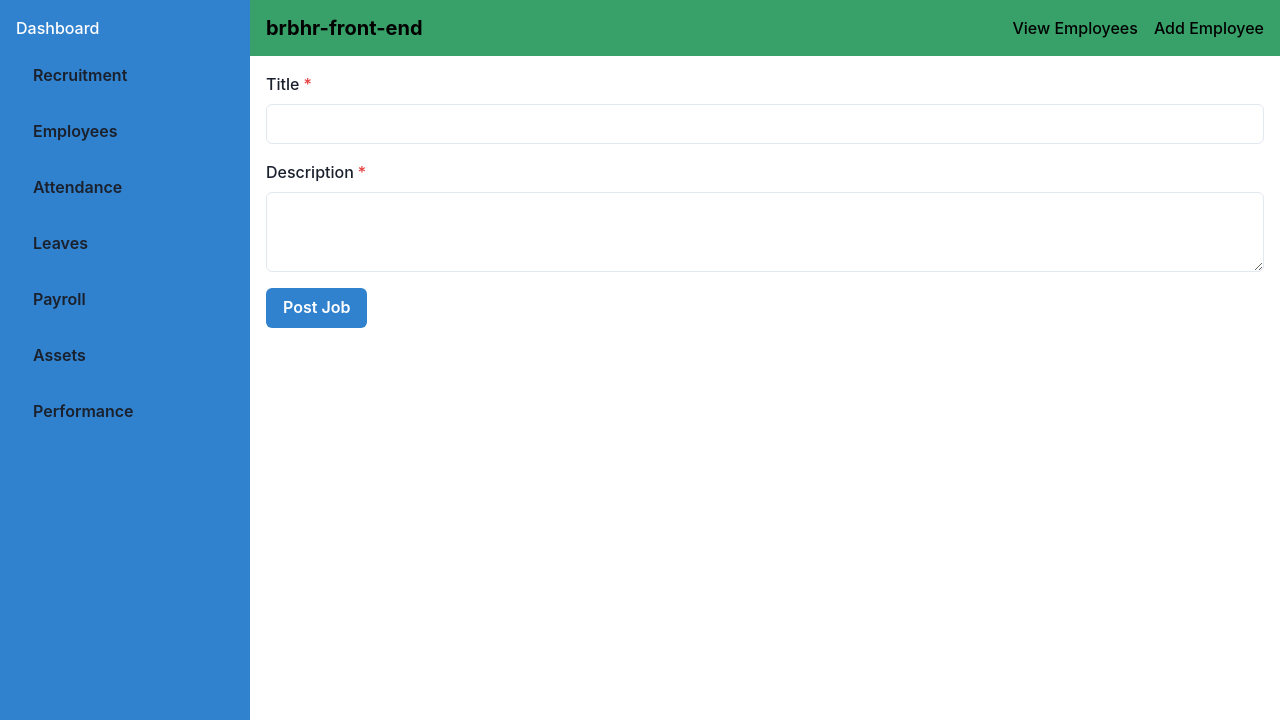
Repository: apipulse/brbhr-frontend
Page: /job-posting
These files come from the project's save history. The page is drawn as it stood at one moment and after the next save; the edit follows.
The browser window is 1280 px wide. The pictures show the whole page.
The project was rebuilt for these pictures with package versions that can differ from the ones it lists, and the page was loaded fresh each time. Also part of the build but not shown: vite.config.js, src/components/pages/Home.jsx, src/services/EmployeeService.js, src/components/employee/EmployeeList.jsx, src/components/employee/AddEmployee.jsx, src/services/LeaveService.js, src/components/employee/LeaveList.jsx, src/components/employee/LeaveForm.jsx and 3 more.

Above is the page before, as saved 2024-01-19 21:21:05.

### src/App.jsx
import React from 'react';
import { ChakraProvider, Flex } from '@chakra-ui/react';
import { BrowserRouter as Router, Route, Routes } from 'react-router-dom';
import NavBar from './components/layout/NavBar';
import SideBar from './components/layout/SideBar';
import Home from './components/pages/Home';
import EmployeeList from './components/employee/EmployeeList';
import AddEmployee from './components/employee/AddEmployee';
import LeaveList from './components/employee/LeaveList';
import LeaveForm from './components/employee/LeaveForm';
import InterviewScheduler from './components/candidates/InterviewScheduler';
import OfferManagement from './components/candidates/OfferManagement';
import JobPostingForm from './components/candidates/JobPostingForm';
import JobApplicationsList from './components/candidates/JobApplicationsList';


const App = () => {
  return (
    <ChakraProvider>
      <Router>
        <Flex>
          <SideBar />
          <Flex flexDirection="column" width="calc(100vw - 250px)"> {/* Adjust the width */}
            <NavBar />
            <Routes>
              <Route exact path="/" element={<Home />} />
              <Route path="/employees" element={<EmployeeList />} />
              <Route path="/add-employee" element={<AddEmployee />} />
              <Route path="/leaves" element={<LeaveList />} />
              <Route path="/add-leave" element={<LeaveForm />} />
              <Route path="/schedule-interview" element={<InterviewScheduler />} />
              <Route path="/manage-offers" element={<OfferManagement />} />
              <Route path="/job-posting" element={<JobPostingForm />} />
              <Route path="/job-application-list" element={<JobApplicationsList />} />
              {/* Add more routes as needed */}
            </Routes>
          </Flex>
        </Flex>
      </Router>
    </ChakraProvider>
  );
};

export default App;

### src/components/layout/NavBar.jsx
import { Box, Flex, Link, Heading, Spacer, useMediaQuery } from '@chakra-ui/react';
import { Link as RouterLink } from 'react-router-dom';

const NavBar = () => {
  const [isLargerThan768] = useMediaQuery('(min-width: 768px)');

  return (
    <Flex
    bg="green.500"
    p="4"
    color="black"
    width="full" // Adjust to take full width of the parent container
    direction={isLargerThan768 ? 'row' : 'column'}
    align="center"
    justify={isLargerThan768 ? "space-between" : "center"}
  >
      <Box>
        <Heading size="md">brbhr-front-end</Heading>
      </Box>
      <Spacer />
      <Box mt={!isLargerThan768 ? 4 : 0}>
        <Link as={RouterLink} to="/employees" mx="4">View Employees</Link>
        <Link as={RouterLink} to="/add-employee">Add Employee</Link>
        {/* Add more links as needed */}
      </Box>
    </Flex>
  );
};

export default NavBar;

### src/components/layout/SideBar.jsx
import React, { useState } from 'react';
import { Box, Link, VStack, Collapse, Button, useDisclosure } from '@chakra-ui/react';
import { Link as RouterLink } from 'react-router-dom';

const SidebarLinkGroup = ({ title, children }) => {
  const { isOpen, onToggle } = useDisclosure();
  return (
    <Box>
      <Button variant="ghost" onClick={onToggle} width="100%" justifyContent="flex-start">
        {title}
      </Button>
      <Collapse in={isOpen} animateOpacity>
        <VStack spacing={2} align="stretch" pl={4}>
          {children}
        </VStack>
      </Collapse>
    </Box>
  );
};

const Sidebar = () => {
  return (
    <Box bg="blue.500" h="100vh" w="250px" color="white" p="4">
      <VStack spacing={4} align="stretch">
        {/* Dashboard */}
        <Link as={RouterLink} to="/dashboard">Dashboard</Link>

        <SidebarLinkGroup title="Recruitment">
          <Link as={RouterLink} to="/job-posting">Post Job</Link>
          <Link as={RouterLink} to="/job-application-list">Job Applications</Link>
          <Link as={RouterLink} to="/schedule-interview">Schedule Interview</Link>
          <Link as={RouterLink} to="/manage-offers">Manage Offers</Link>
          {/* Additional Recruitment-related links */}
        </SidebarLinkGroup>

        {/* Employees */}
        <SidebarLinkGroup title="Employees">
          <Link as={RouterLink} to="/employees/list">Employee List</Link>
          <Link as={RouterLink} to="/employees/add">Add Employee</Link>
          {/* Additional Employee-related links */}
        </SidebarLinkGroup>

        {/* Attendance */}
        <SidebarLinkGroup title="Attendance">
          <Link as={RouterLink} to="/attendance/records">Attendance Records</Link>
          <Link as={RouterLink} to="/attendance/report">Attendance Report</Link>
          {/* Additional Attendance-related links */}
        </SidebarLinkGroup>

        {/* Leaves */}
        <SidebarLinkGroup title="Leaves">
          <Link as={RouterLink} to="/leaves/apply">Apply for Leave</Link>
          <Link as={RouterLink} to="/leaves/status">Leave Status</Link>
          {/* Additional Leaves-related links */}
        </SidebarLinkGroup>

        {/* Payroll */}
        <SidebarLinkGroup title="Payroll">
          <Link as={RouterLink} to="/payroll/salary">Salary Details</Link>
          <Link as={RouterLink} to="/payroll/statements">Payroll Statements</Link>
          {/* Additional Payroll-related links */}
        </SidebarLinkGroup>

        {/* Assets */}
        <SidebarLinkGroup title="Assets">
          <Link as={RouterLink} to="/assets/manage">Manage Assets</Link>
          <Link as={RouterLink} to="/assets/assign">Assign Assets</Link>
          {/* Additional Asset-related links */}
        </SidebarLinkGroup>

        {/* Performance (PMS) */}
        <SidebarLinkGroup title="Performance">
          <Link as={RouterLink} to="/performance/reviews">Performance Reviews</Link>
          <Link as={RouterLink} to="/performance/goals">Set Goals</Link>
          {/* Additional Performance-related links */}
        </SidebarLinkGroup>

        {/* Additional main categories as needed */}
      </VStack>
    </Box>
  );
};

export default Sidebar;

### src/components/candidates/JobPostingForm.jsx
import React, { useState } from 'react';
import { Box, FormControl, FormLabel, Input, Button, Textarea } from '@chakra-ui/react';
import { postJob } from '../../services/CandidateService';

const JobPostingForm = () => {
    const [jobPosting, setJobPosting] = useState({
        title: '',
        description: '',
        // Add other fields as necessary
    });

    const handleChange = (e) => {
        setJobPosting({ ...jobPosting, [e.target.name]: e.target.value });
    };

    const handleSubmit = async (e) => {
        e.preventDefault();
        try {
            const response = await postJob(jobPosting);
            console.log('Job Posted:', response);
            // Handle success (e.g., clear form, display message)
        } catch (error) {
            console.error('Error posting job:', error);
            // Handle error
        }
    };

    return (
        <Box p={4}>
            <form onSubmit={handleSubmit}>
                <FormControl id="title" isRequired>
                    <FormLabel>Title</FormLabel>
                    <Input name="title" type="text" onChange={handleChange} />
                </FormControl>
                <FormControl id="description" isRequired mt={4}>
                    <FormLabel>Description</FormLabel>
                    <Textarea name="description" onChange={handleChange} />
                </FormControl>
                {/* Add other form controls */}
                <Button mt={4} colorScheme="blue" type="submit">Post Job</Button>
            </form>
        </Box>
    );
};

export default JobPostingForm;

### src/services/CandidateService.js
import axios from './axiosInstance'; // Assuming axiosInstance is set up for making API calls

export const postJob = async (jobPosting) => {
    try {
        const response = await axios.post('/candidates/post-job', jobPosting);
        return response.data;
    } catch (error) {
        throw error;
    }
};

export const getAllJobPostings = async () => {
    try {
        const response = await axios.get('/candidates/job-postings');
        return response.data;
    } catch (error) {
        throw error;
    }
};

export const applyForJob = async (application) => {
    try {
        const response = await axios.post('/candidates/apply', application);
        return response.data;
    } catch (error) {
        throw error;
    }
};

export const getCandidateApplications = async (candidateId) => {
    try {
        const response = await axios.get(`/candidates/applications/${candidateId}`);
        return response.data;
    } catch (error) {
        throw error;
    }
};

export const scheduleInterview = async (interview) => {
    try {
        const response = await axios.post('/candidates/schedule-interview', interview);
        return response.data;
    } catch (error) {
        throw error;
    }
};

export const extendOffer = async (offer) => {
    try {
        const response = await axios.post('/candidates/extend-offer', offer);
        return response.data;
    } catch (error) {
        throw error;
    }
};

export const acceptOffer = async (offerId) => {
    try {
        const response = await axios.post(`/candidates/accept-offer/${offerId}`);
        return response.data;
    } catch (error) {
        throw error;
    }
};

// Additional functions for updating/deleting job postings, interviews, offers, etc.

### src/services/axiosInstance.js
import axios from 'axios';

const axiosInstance = axios.create({
    baseURL: 'http://localhost:8080/api/', // Update with your actual API URL
    // You can add more default settings here
});

export default axiosInstance;

Loaded but not shown: index.html (common file); src/main.jsx (common file); src/index.css (common file)

After the next save:
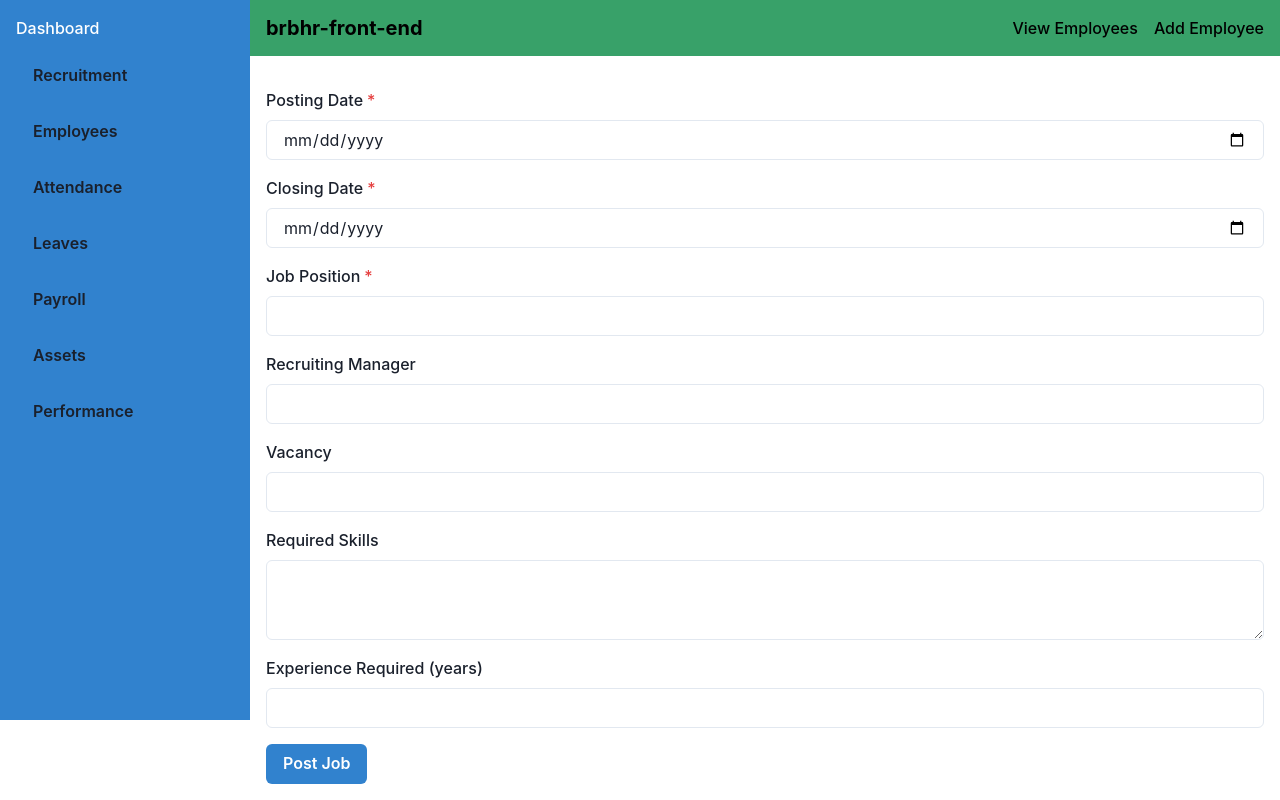
Saved 55 min 45 s later.
--- a/src/components/candidates/JobPostingForm.jsx
+++ b/src/components/candidates/JobPostingForm.jsx
@@ -1,12 +1,17 @@
 import React, { useState } from 'react';
-import { Box, FormControl, FormLabel, Input, Button, Textarea } from '@chakra-ui/react';
-import { postJob } from '../../services/CandidateService';
+import { Box, FormControl, FormLabel, Input, Button, Textarea, NumberInput, NumberInputField } from '@chakra-ui/react';
 
 const JobPostingForm = () => {
     const [jobPosting, setJobPosting] = useState({
         title: '',
         description: '',
-        // Add other fields as necessary
+        postingDate: '',
+        closingDate: '',
+        jobPosition: '',
+        recruitingManager: '',
+        vacancy: 1,
+        requiredSkills: '',
+        experienceRequired: 1
     });
 
     const handleChange = (e) => {
@@ -28,15 +33,40 @@ const JobPostingForm = () => {
     return (
         <Box p={4}>
             <form onSubmit={handleSubmit}>
-                <FormControl id="title" isRequired>
-                    <FormLabel>Title</FormLabel>
-                    <Input name="title" type="text" onChange={handleChange} />
+                {/* Existing form controls for title and description */}
+                {/* Additional form controls for new fields */}
+                <FormControl id="postingDate" isRequired mt={4}>
+                    <FormLabel>Posting Date</FormLabel>
+                    <Input name="postingDate" type="date" onChange={handleChange} />
                 </FormControl>
-                <FormControl id="description" isRequired mt={4}>
-                    <FormLabel>Description</FormLabel>
-                    <Textarea name="description" onChange={handleChange} />
+                <FormControl id="closingDate" isRequired mt={4}>
+                    <FormLabel>Closing Date</FormLabel>
+                    <Input name="closingDate" type="date" onChange={handleChange} />
                 </FormControl>
-                {/* Add other form controls */}
+                <FormControl id="jobPosition" isRequired mt={4}>
+                    <FormLabel>Job Position</FormLabel>
+                    <Input name="jobPosition" type="text" onChange={handleChange} />
+                </FormControl>
+                <FormControl id="recruitingManager" mt={4}>
+                    <FormLabel>Recruiting Manager</FormLabel>
+                    <Input name="recruitingManager" type="text" onChange={handleChange} />
+                </FormControl>
+                <FormControl id="vacancy" mt={4}>
+                    <FormLabel>Vacancy</FormLabel>
+                    <NumberInput min={1}>
+                        <NumberInputField name="vacancy" onChange={handleChange} />
+                    </NumberInput>
+                </FormControl>
+                <FormControl id="requiredSkills" mt={4}>
+                    <FormLabel>Required Skills</FormLabel>
+                    <Textarea name="requiredSkills" onChange={handleChange} />
+                </FormControl>
+                <FormControl id="experienceRequired" mt={4}>
+                    <FormLabel>Experience Required (years)</FormLabel>
+                    <NumberInput min={0}>
+                        <NumberInputField name="experienceRequired" onChange={handleChange} />
+                    </NumberInput>
+                </FormControl>
                 <Button mt={4} colorScheme="blue" type="submit">Post Job</Button>
             </form>
         </Box>
